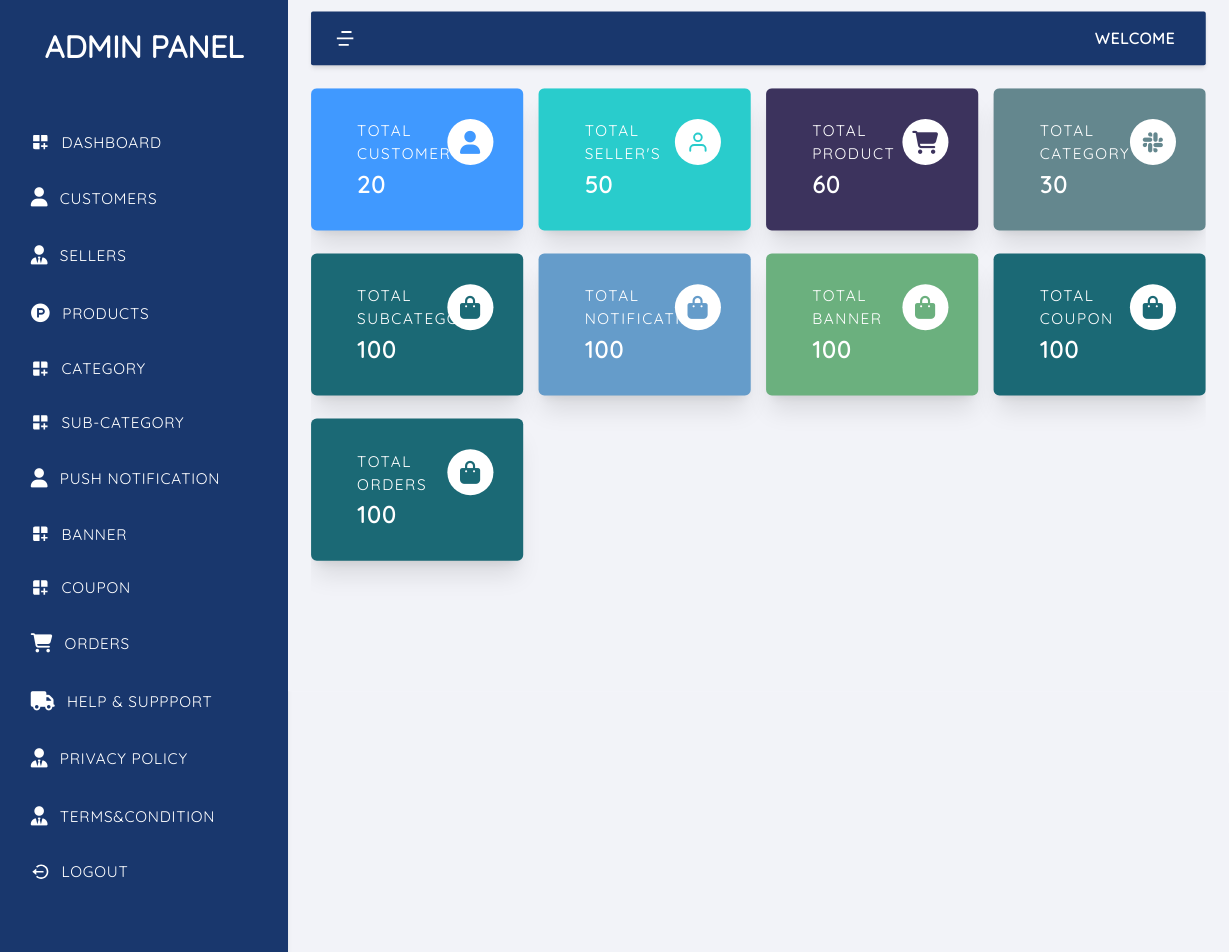
Repository: shishpal2000/admin.aschpro
Page: /dashboard
The author's editor kept a copy of each file at every save. The page is drawn from the files as they stood at one save, then again after a run of saves.
The browser window is 1280 px wide. The pictures show the whole page, at 96% of full size.
Some web libraries are served in a nearby version. The project was rebuilt for these pictures with package versions that can differ from the ones it lists, and the page was loaded fresh each time. Also part of the build but not shown: src/E-CommerceAdmin/forms/Login.jsx, src/E-CommerceAdmin/pages/ECategory.js, src/E-CommerceAdmin/pages/EProduct.js, src/E-CommerceAdmin/pages/EVendorList.js, src/E-CommerceAdmin/pages/EAdminOrders.js, src/E-CommerceAdmin/pages/EAdminDelivery.js, src/E-CommerceAdmin/pages/EAdminCustomer.js, src/E-CommerceAdmin/pages/ESubCategory.js and 6 more. Imported but missing from the stored project, and not drawn on this page: src/E-CommerceAdmin/pages/Complaints, src/E-CommerceAdmin/pages/Component/SpinnerComp, src/E-CommerceAdmin/pages/EAdmin, src/E-CommerceAdmin/pages/EAdminProduct, src/E-CommerceAdmin/pages/ESingleProduct, src/E-CommerceAdmin/pages/GetMeThis, src/E-CommerceAdmin/pages/HelpSupport.

Above is the page before, as saved 2023-06-28 18:07:44.

After the next 2 saves:
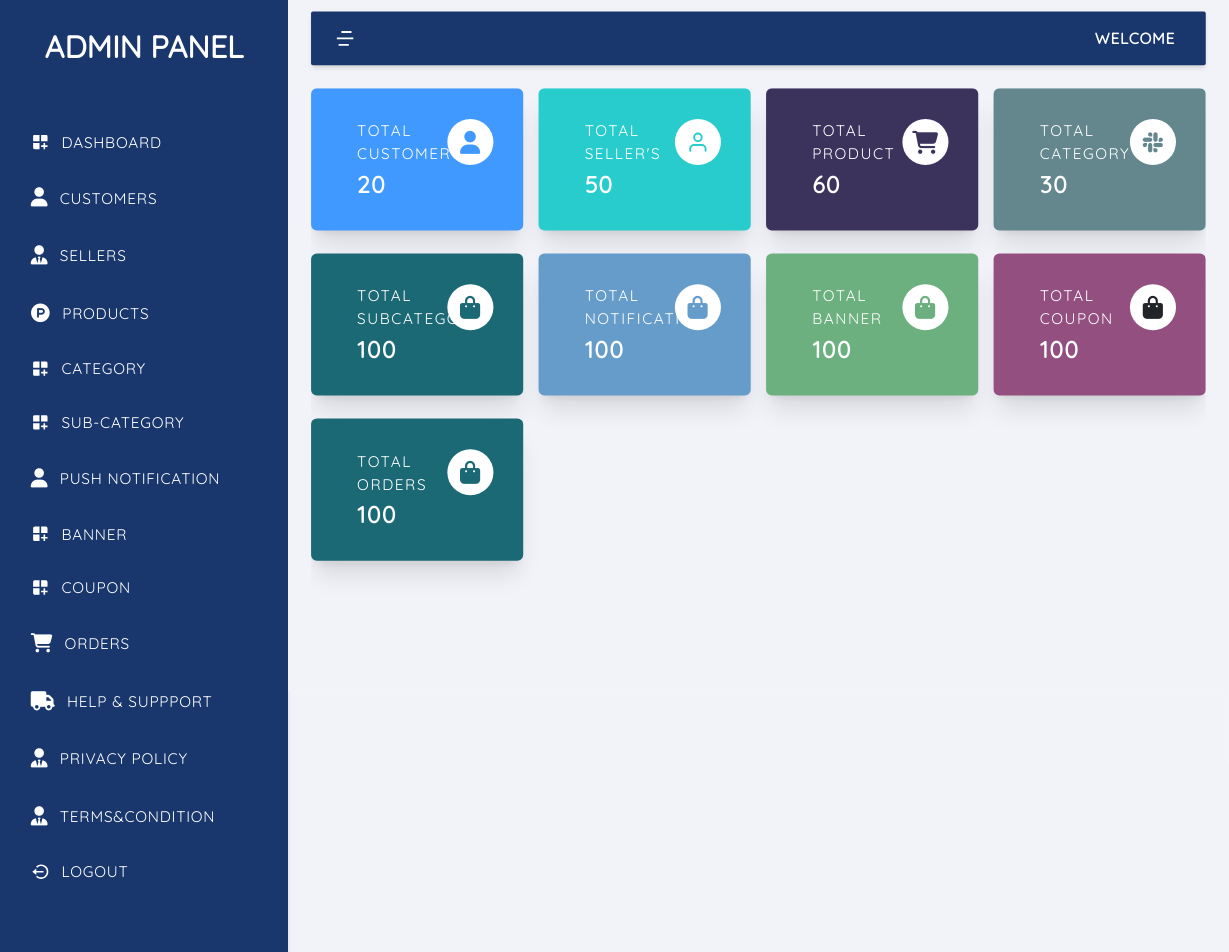
The 2 saves are shown as one change because they came seconds apart.
The last was saved 32 s later.
--- a/src/E-CommerceAdmin/pages/Dashboard.jsx
+++ b/src/E-CommerceAdmin/pages/Dashboard.jsx
@@ -84,9 +84,9 @@ const Dashboard = () => {
       title: "total Coupon",
       number: 100,
       icon: (
-        <i className=" fa-solid fa-bag-shopping text-2xl text-[#1b6975]"></i>
+        <i className=" fa-solid fa-bag-shopping text-2xl text-[#944f81 ]"></i>
       ),
-      bg: "#1b6975",
+      bg: "#944f81 ",
       link: "/Orders",
     },
     {
